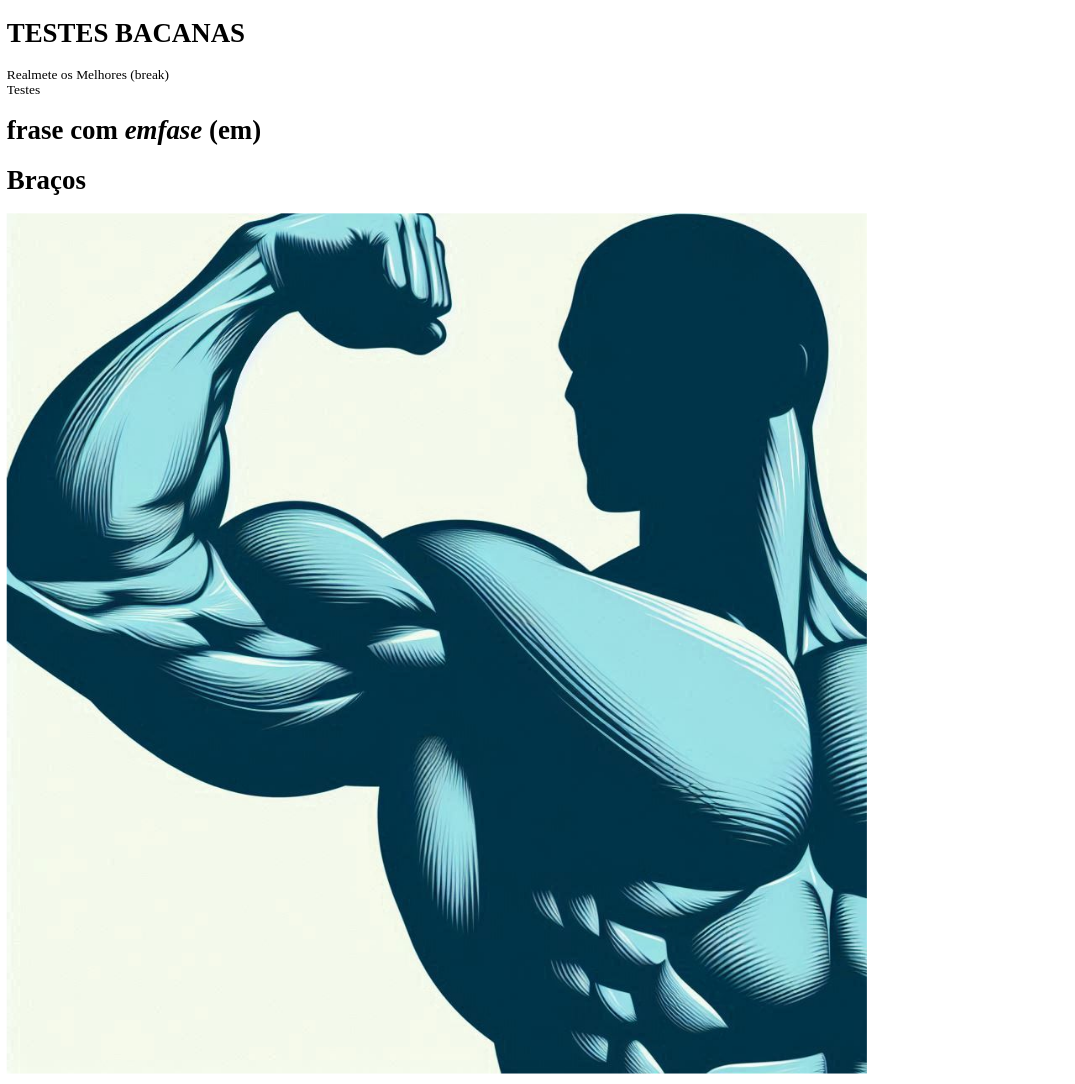
Repository: LuidyOn/Site_Forca_Total
Page: ForçaTotal/teste.html
An editor plug-in stored every save of this project. The page is shown before and after a run of saves, followed by the edit.
The browser window is 1280 px wide. The pictures show the whole page, at 84% of full size.

Above is the page before, as saved 2025-05-13 18:44:03.

### ForçaTotal/teste.html
<!DOCTYPE html>
<html lang="pt-br">
<head>
  <meta charset="UTF-8">
  <meta name="viewport" content="width=device-width, initial-scale=1.0">
  <link rel="shortcut icon" href="img/icons/logo.ico" type="image/x-icon">
  <title>Testes Força total</title>
</head>
<body>

<h1>TESTES BACANAS</h1>

  <p>Realmete os Melhores (break)<br> Testes </p>

<H1>frase com <em>emfase</em> (em) </H1>


  <h1>Braços</h1>
<img src="img/parteSerior.png" alt="parte superior">

</body>
</html>

After the next 3 saves:
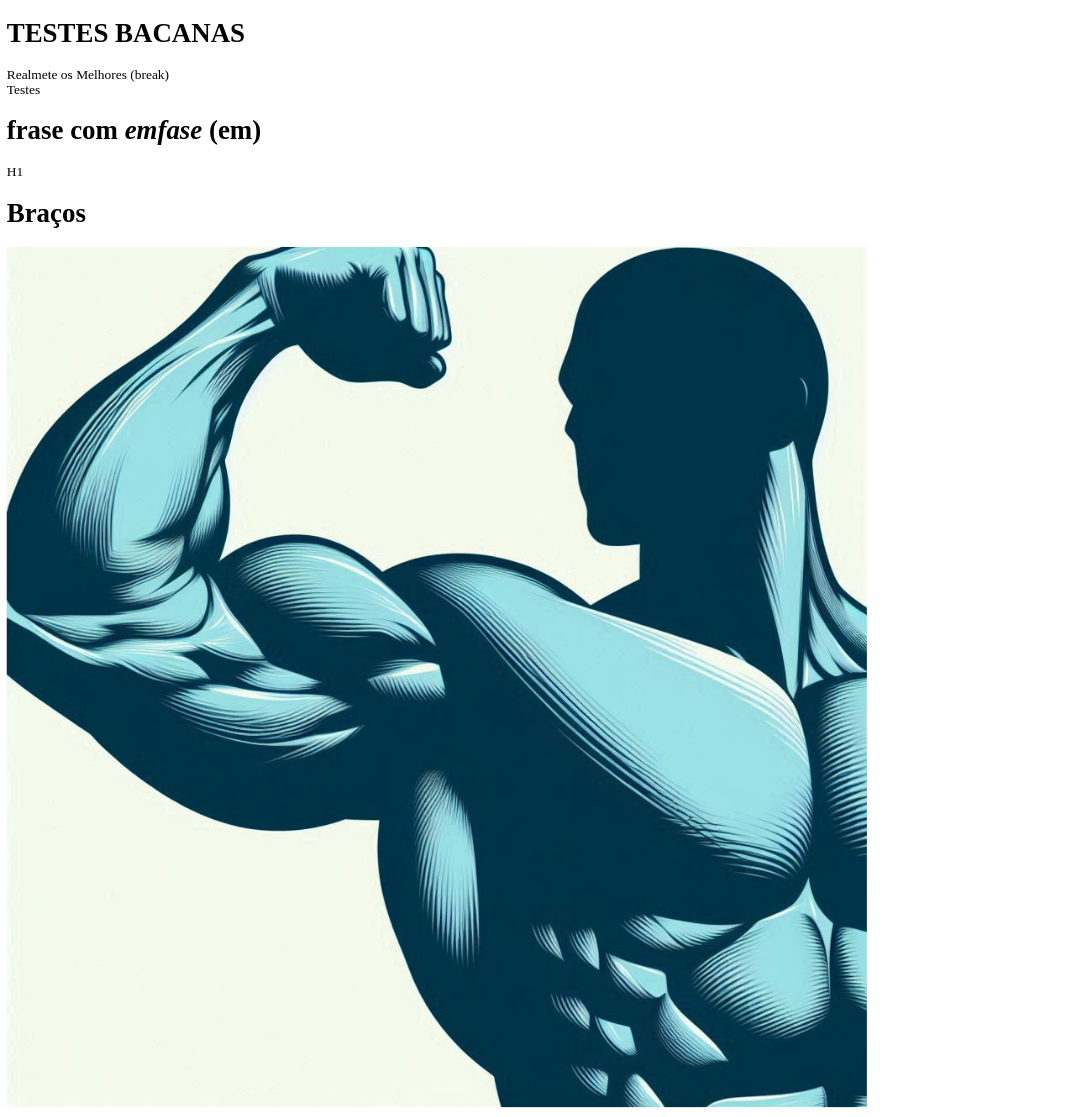
The 3 saves are shown as one change because they came seconds apart.
The last was saved 8 s later.
--- a/ForçaTotal/teste.html
+++ b/ForçaTotal/teste.html
@@ -14,6 +14,7 @@
 
 <H1>frase com <em>emfase</em> (em) </H1>
 
+H1
 
   <h1>Braços</h1>
 <img src="img/parteSerior.png" alt="parte superior">

After the save that followed:
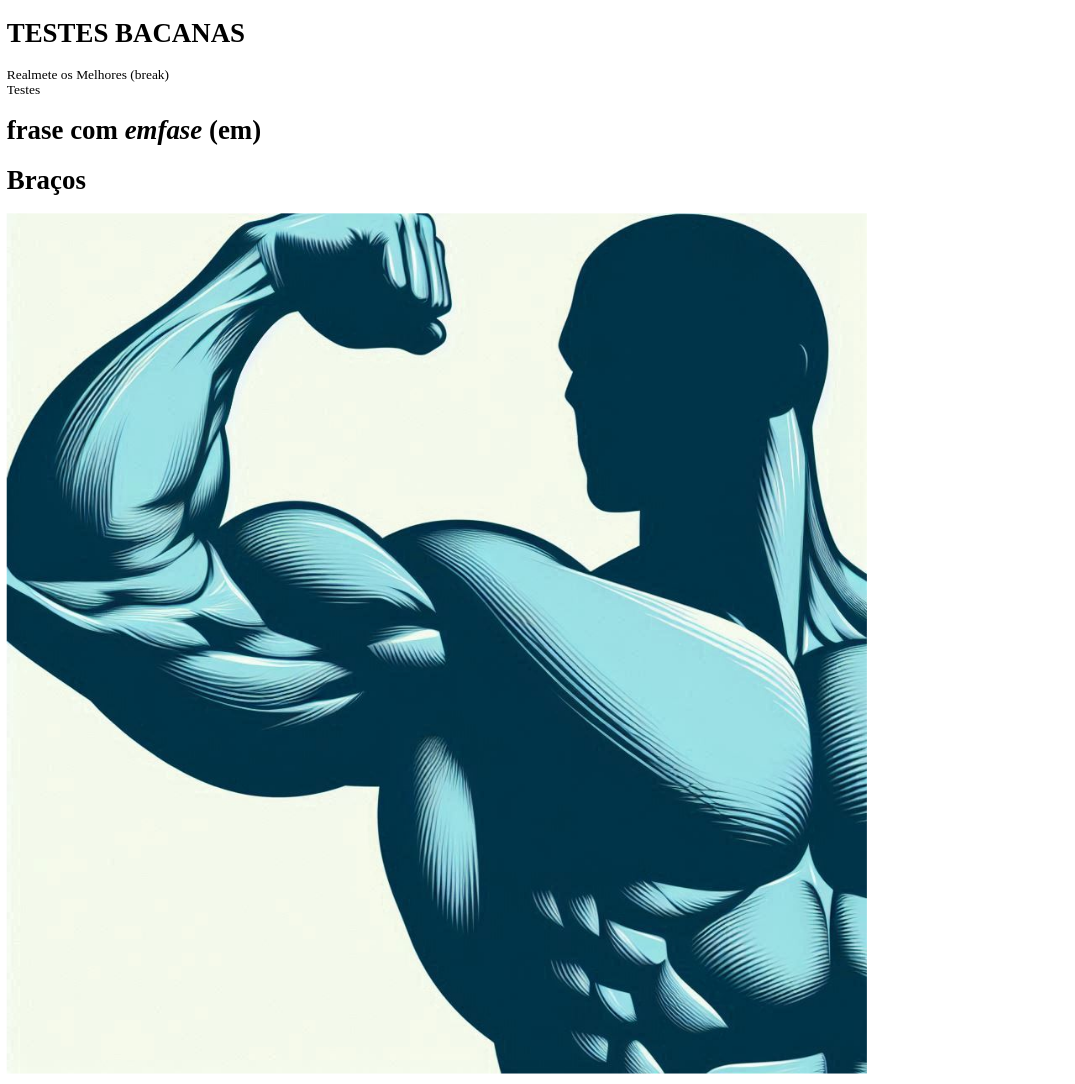
Saved 9 s later.
--- a/ForçaTotal/teste.html
+++ b/ForçaTotal/teste.html
@@ -14,7 +14,7 @@
 
 <H1>frase com <em>emfase</em> (em) </H1>
 
-H1
+<H1></H1>
 
   <h1>Braços</h1>
 <img src="img/parteSerior.png" alt="parte superior">
